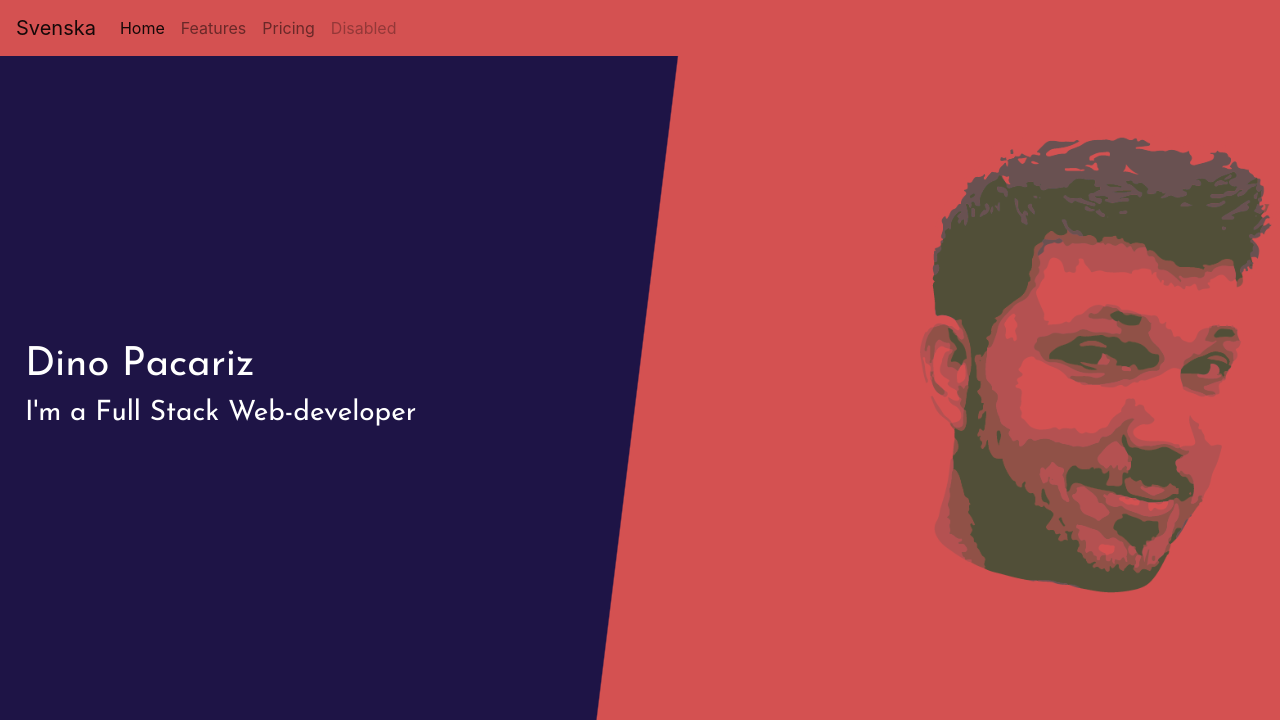
Repository: ImDino/Portfolio
Page: index.html
The author's editor kept a copy of each file at every save. The page is drawn from the files as they stood at one save, then again after the next save.
The browser window is 1280 px wide. The pictures show the whole page.
Some web libraries are served in a nearby version. The style sheet was rebuilt from its Sass, Less or Tailwind sources for each picture, by a compiler version that may differ from the author's.

Above is the page before, as saved 2020-11-04 13:16:54.

After the next save:
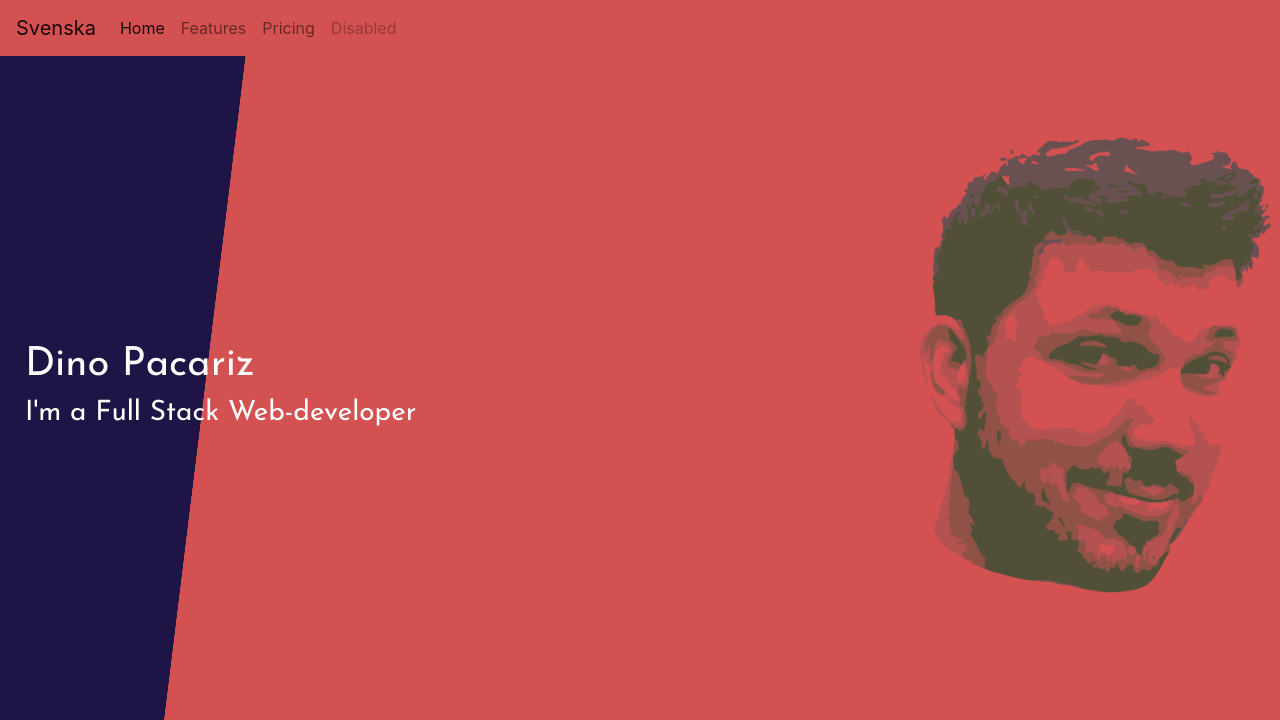
Saved 29 s later.
--- a/scss/main.scss
+++ b/scss/main.scss
@@ -21,7 +21,7 @@
     top: 0;
     bottom: 0;
     left: 0;
-    right: 0;
+    right: -20;
     z-index: -1;
     background: linear-gradient(97deg, #1E1446 50%, rgba(255, 255, 255, 0) 50.1%);
     display: grid;

After the save that followed:
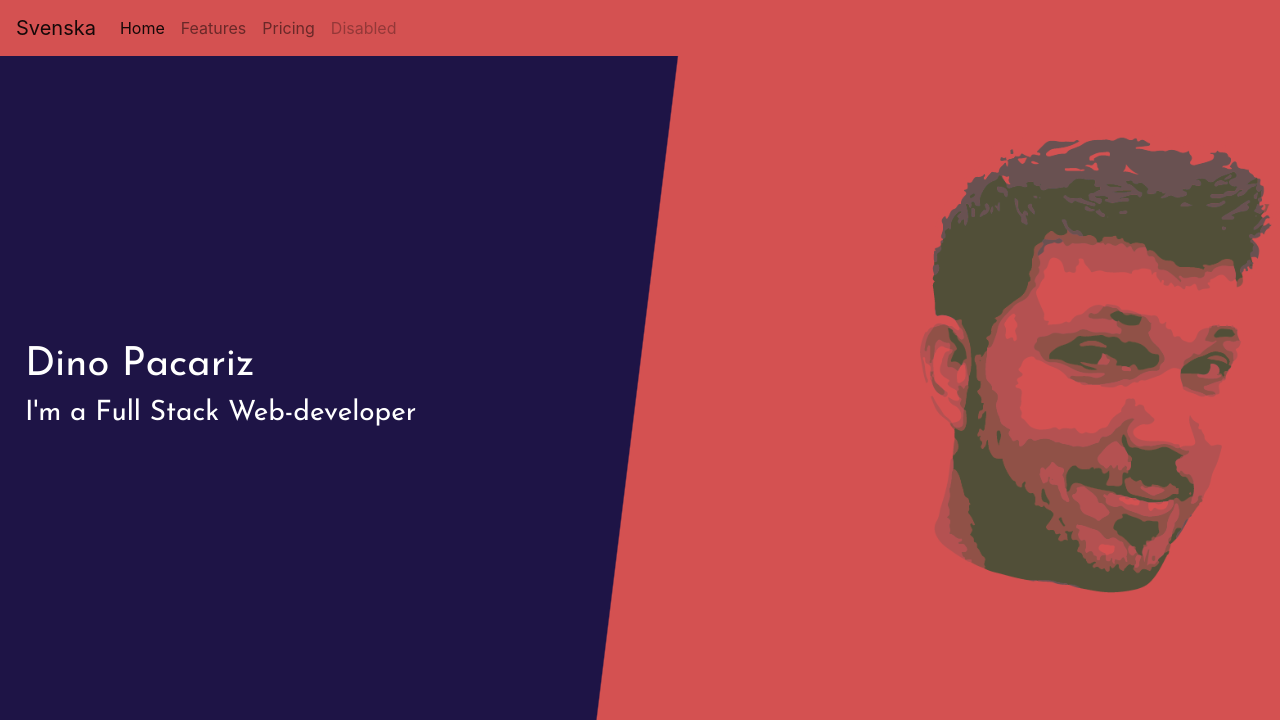
Saved 19 s later.
--- a/scss/main.scss
+++ b/scss/main.scss
@@ -21,7 +21,7 @@
     top: 0;
     bottom: 0;
     left: 0;
-    right: -20;
+    right: 0;
     z-index: -1;
     background: linear-gradient(97deg, #1E1446 50%, rgba(255, 255, 255, 0) 50.1%);
     display: grid;
